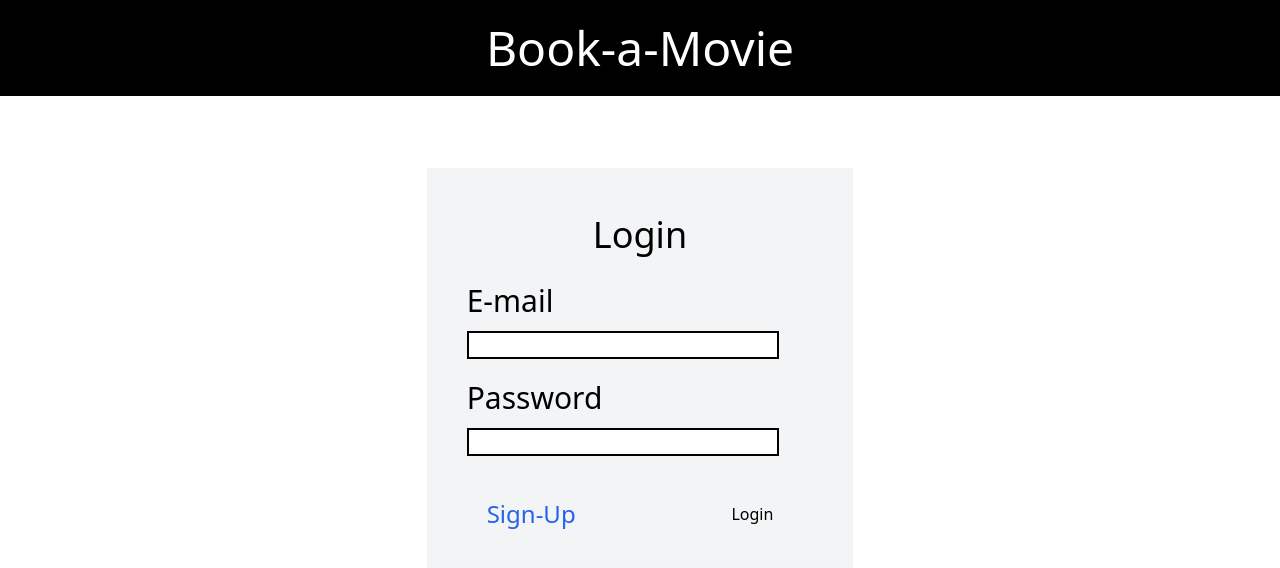
Repository: BhumilModi/movie-booking-app-assignment
Page: /
These files come from the project's save history. The page is drawn as it stood at one moment and after the next save; the edit follows.
The browser window is 1280 px wide. The pictures show the whole page.
The project was rebuilt for these pictures with package versions that can differ from the ones it lists, and the page was loaded fresh each time. Also part of the build but not shown: src/App.css.

Above is the page before, as saved 2022-11-29 18:19:12.

After the next save:
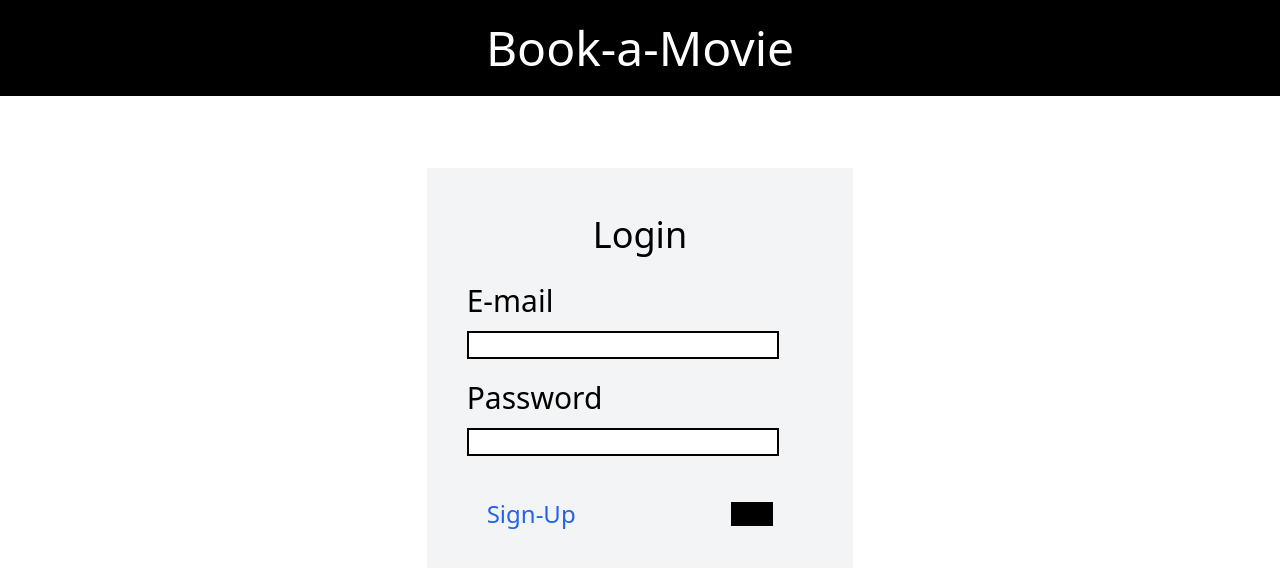
Saved 14 s later.
--- a/src/components/Login.jsx
+++ b/src/components/Login.jsx
@@ -15,7 +15,7 @@ function Login() {
           <p className="text-[24px] ml-5 text-blue-600 cursor-pointer">
             Sign-Up
           </p>
-          <button className="bg-blue w-30">Login</button>
+          <button className="bg-black w-30">Login</button>
         </div>
       </div>
     </div>
